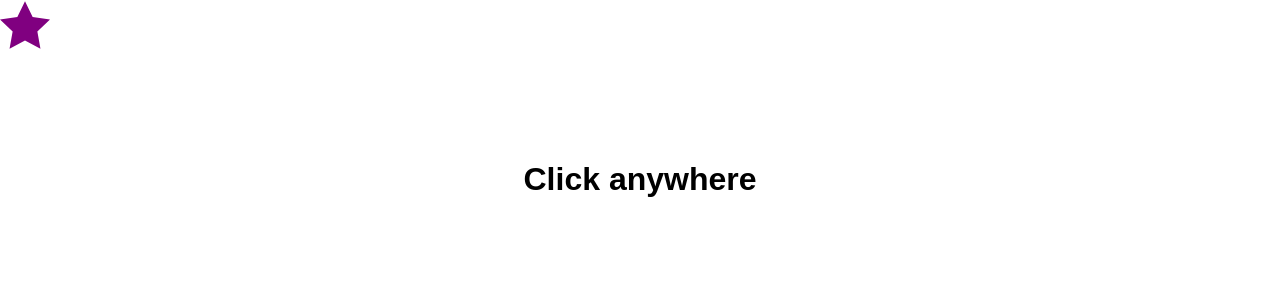
Repository: alexmaddux99/Lab3
Page: mouse-events.html
The author's editor kept a copy of each file at every save. The page is drawn from the files as they stood at one save, then again after the next save.
The browser window is 1280 px wide. The pictures show the whole page.

Above is the page before, as saved 2022-02-17 12:08:55.

After the next save:
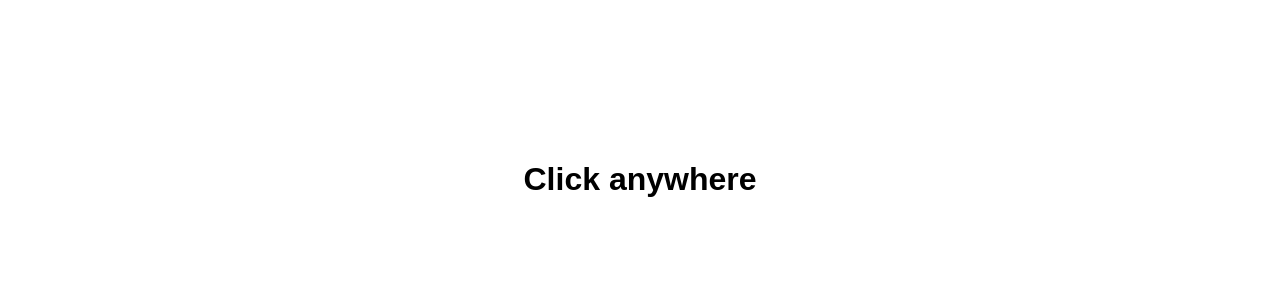
Saved 17 days later.
--- a/mouse-events.html
+++ b/mouse-events.html
@@ -24,11 +24,6 @@
             font: bold 2rem sans-serif;
         }
 
-        svg{
-            fill: purple;
-            height: 50px;
-            width: 50px;
-        }
 
     </style>
 </head>
@@ -36,7 +31,7 @@
 <body>
 
     <div id="dot" class="star">
-        <svg xmlns="http://www.w3.org/2000/svg" width="24" height="24" viewBox="0 0 24 24"><path d="M12 .587l3.668 7.568 8.332 1.151-6.064 5.828 1.48 8.279-7.416-3.967-7.417 3.967 1.481-8.279-6.064-5.828 8.332-1.151z"/></svg>
+
     </div>
     <p>Click anywhere</p>
 
